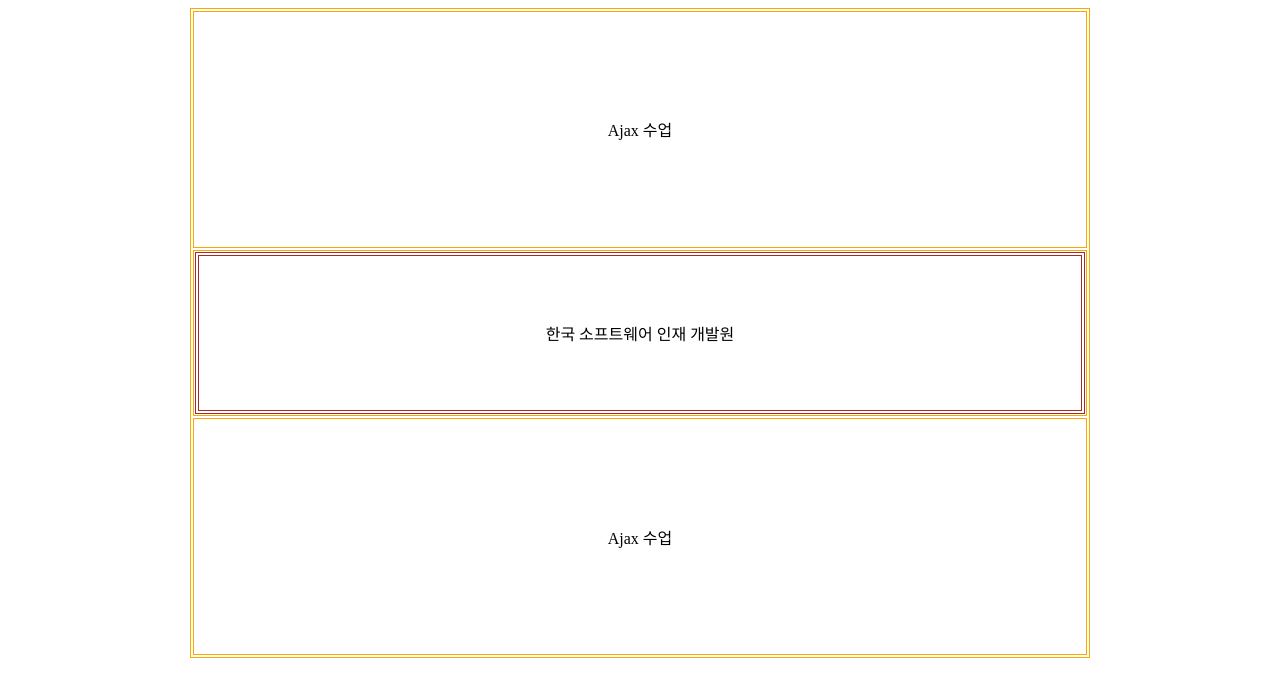
Repository: rightsecond3/java52
Page: workspace_script/dev_html/WebContent/ajax/index_ajax.html
These files come from the project's save history. The page is drawn as it stood at one moment and after the next save; the edit follows.
The browser window is 1280 px wide. The pictures show the whole page.

Above is the page before, as saved 2019-07-04 03:51:21.

After the next save:
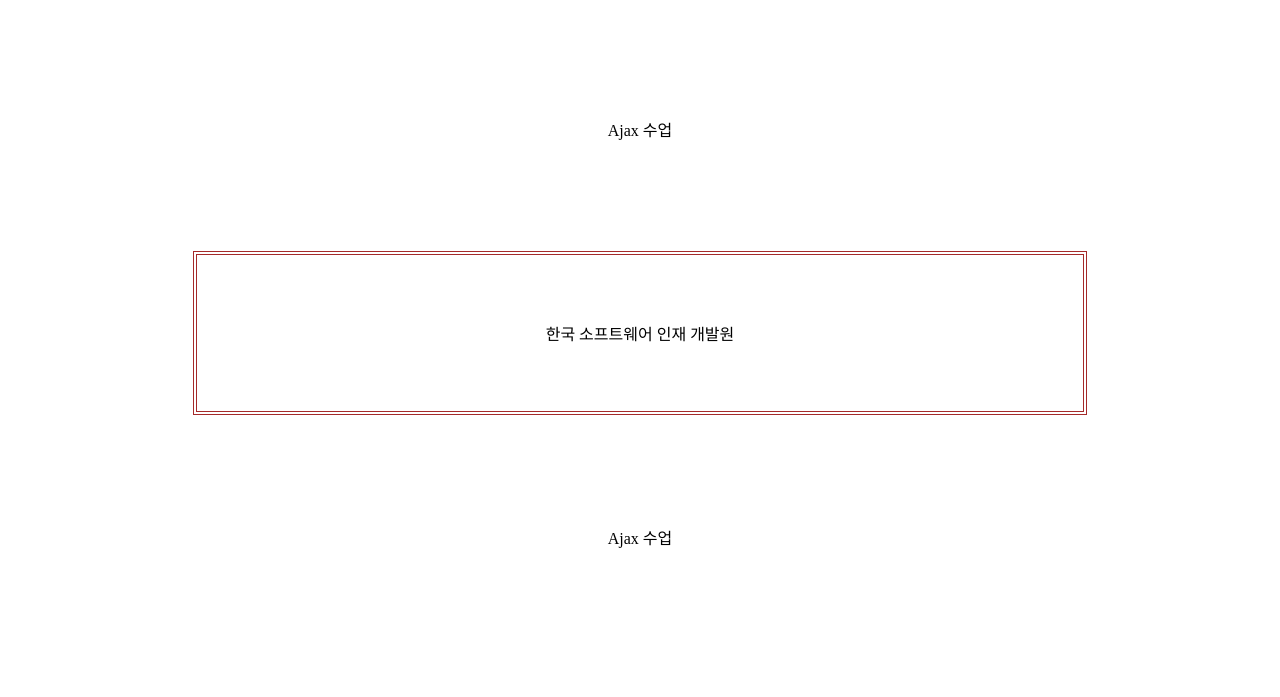
Saved 16 s later.
--- a/workspace_script/dev_html/WebContent/ajax/index_ajax.html
+++ b/workspace_script/dev_html/WebContent/ajax/index_ajax.html
@@ -8,7 +8,7 @@
 
 <body>
     <center>
-        <table width="900px" height="650px" border="1" borderColor="orange">
+        <table width="900px" height="650px">
             <!-- top.html 시작 -->
             <tr>
                 <td width="900px" height="50px">
